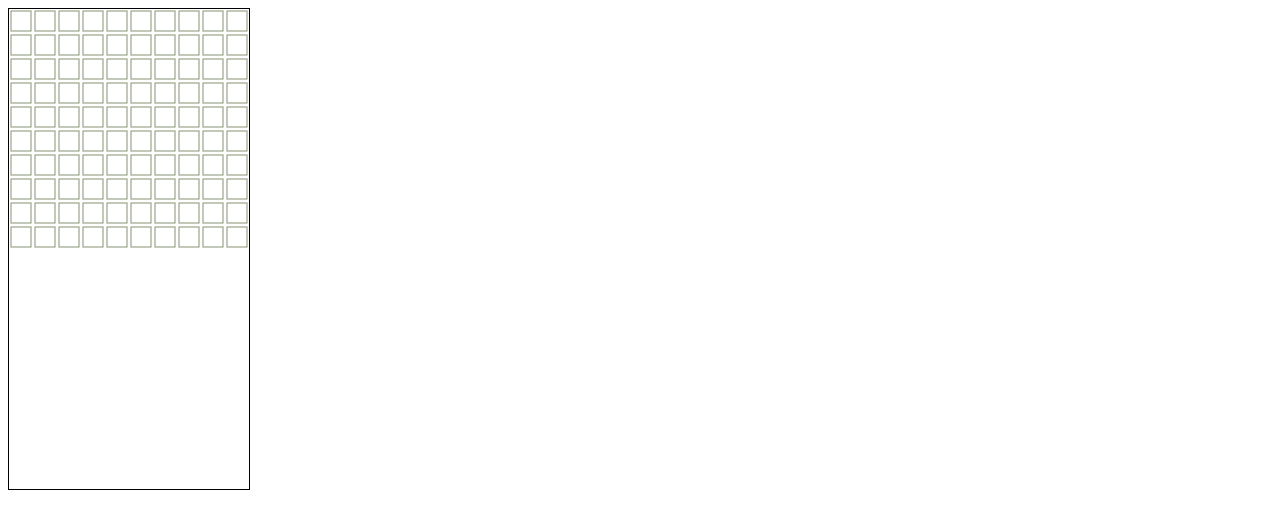
Repository: yzarc204/tetris-web
Page: index.html
An editor plug-in stored every save of this project. The page is shown before and after the next save, followed by the edit.
The browser window is 1280 px wide. The pictures show the whole page.

Above is the page before, as saved 2021-09-20 18:33:51.

### index.html
<!DOCTYPE html>
<html lang="en">
<head>
    <meta charset="UTF-8">
    <meta http-equiv="X-UA-Compatible" content="IE=edge">
    <meta name="viewport" content="width=device-width, initial-scale=1.0">
    <title>Tetris</title>
    <style>
        canvas {
            border: 1px solid #000;
        }
    </style>
</head>
<body>
    <script src="js/const.js"></script>
    <script src="js/board.js"></script>
    <script src="js/pixel.js"></script>
    <script src="js/brick.js"></script>
    <script src="js/game.js"></script>
</body>
</html>

### js/const.js
const PIXEL_SIZE = 24;
const PIXEL_COLOR = '#000000';
const PIXEL_BG_COLOR = '#879372';

const B = true;
const _ = false;

const ROW = 20;
const COL = 10;

const GAME_WIDTH = PIXEL_SIZE * COL;
const GAME_HEIGHT = PIXEL_SIZE * ROW;
const GAME_BG_COLOR = '#9EAD86';

### js/board.js
class Board
{
    constructor(tetris) {
        this.tetris = tetris;
        this.map = [];
        this.row = ROW;
        this.col = COL;
        this.init();
    }

    init() {
        for (let row = 0; row < this.row; row++) {
            let rowData = [];
            for (let col = 0; col < this.col; col++) {
                rowData.push(_);
            }
            this.map.push(rowData);
        }
    }

    draw() {
        for (let row = 0; row < this.row; row++) {
            for (let col = 0; col < this.col; col++) {
                if (this.map[row][col] == _)
                    new Pixel(this.tetris, row, col, PIXEL_BG_COLOR).draw();
            }
        }
    }
};

### js/pixel.js
class Pixel
{
    constructor(tetris, row, col, color) {
        this.tetris = tetris;
        this.row = row;
        this.col = col;
        this.color = color;
        this.size = PIXEL_SIZE;
    }

    draw() {
        const x = this.row * this.size;
        const y = this.col * this.size;
        // Set color
        this.tetris.ctx.fillStyle = this.color;
        this.tetris.ctx.strokeStyle = this.color;
        this.tetris.ctx.lineWidth = 1;
        // Draw outline
        this.tetris.ctx.strokeRect(x+2, y+2, this.size-4, this.size-4);
        // Draw area
    }
};

### js/game.js
class Tetris {
    constructor() {
        this.cvs = null;
        this.ctx = null;
        this.board = null;
        this.brick = null;
        this.score = 0;
        this.init();
        this.startGame();
    }

    init() {
        // Create canvas
        this.cvs = document.createElement('canvas');
        this.cvs.width = GAME_WIDTH;
        this.cvs.height = GAME_HEIGHT;
        document.body.appendChild(this.cvs);

        this.ctx = this.cvs.getContext('2d');
    }

    startGame() {
        this.board = new Board(this);
        this.board.draw();
        console.log('draw');

    }

    clrscr() {

    }

    loop() {

    }

    update() {

    }

    draw() {

    }
};

const tetris = new Tetris();

Loaded but not shown: js/brick.js (no copy from this time; the picture is the same without it)

After the next save:
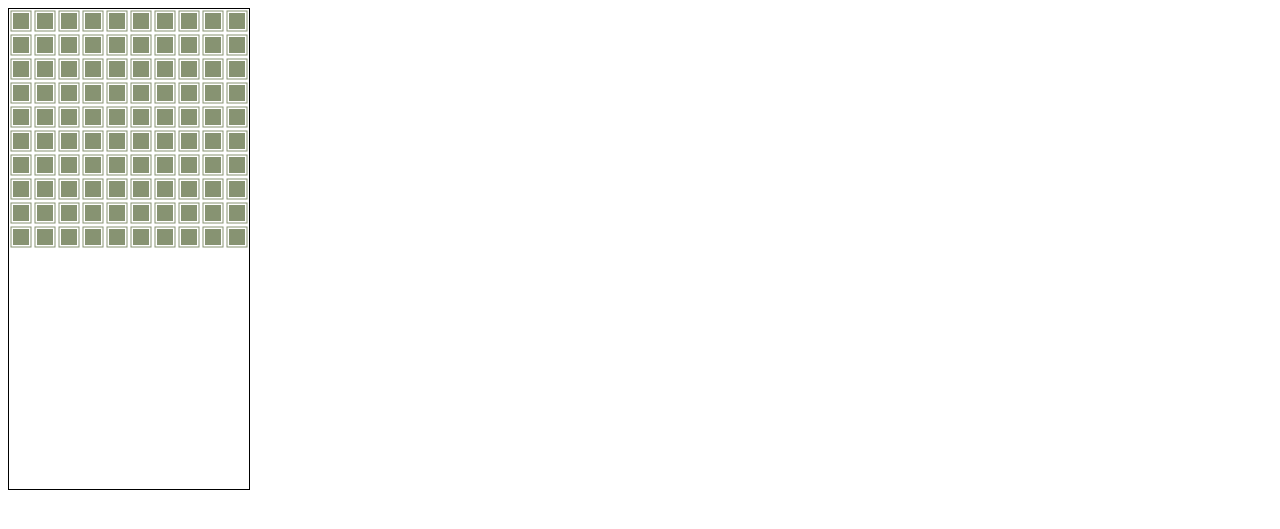
Saved 59 s later.
--- a/js/pixel.js
+++ b/js/pixel.js
@@ -18,5 +18,6 @@ class Pixel
         // Draw outline
         this.tetris.ctx.strokeRect(x+2, y+2, this.size-4, this.size-4);
         // Draw area
+        this.tetris.ctx.fillRect(x+4, y+4, this.size-8, this.size-8, this.color);
     }
 };
